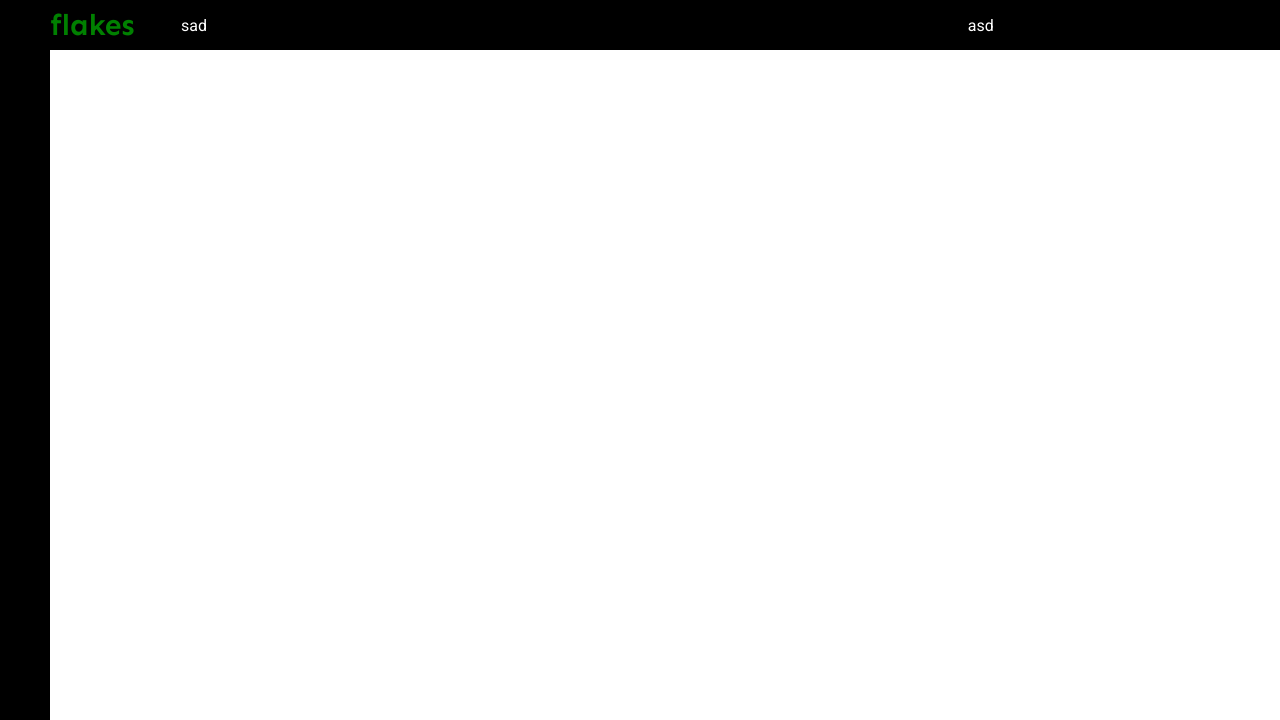
Repository: JulyK9/Movie-Website
Page: index.html
An editor plug-in stored every save of this project. The page is shown before and after the next save, followed by the edit.
The browser window is 1280 px wide. The pictures show the whole page.

Above is the page before, as saved 2022-07-03 00:46:12.

After the next save:
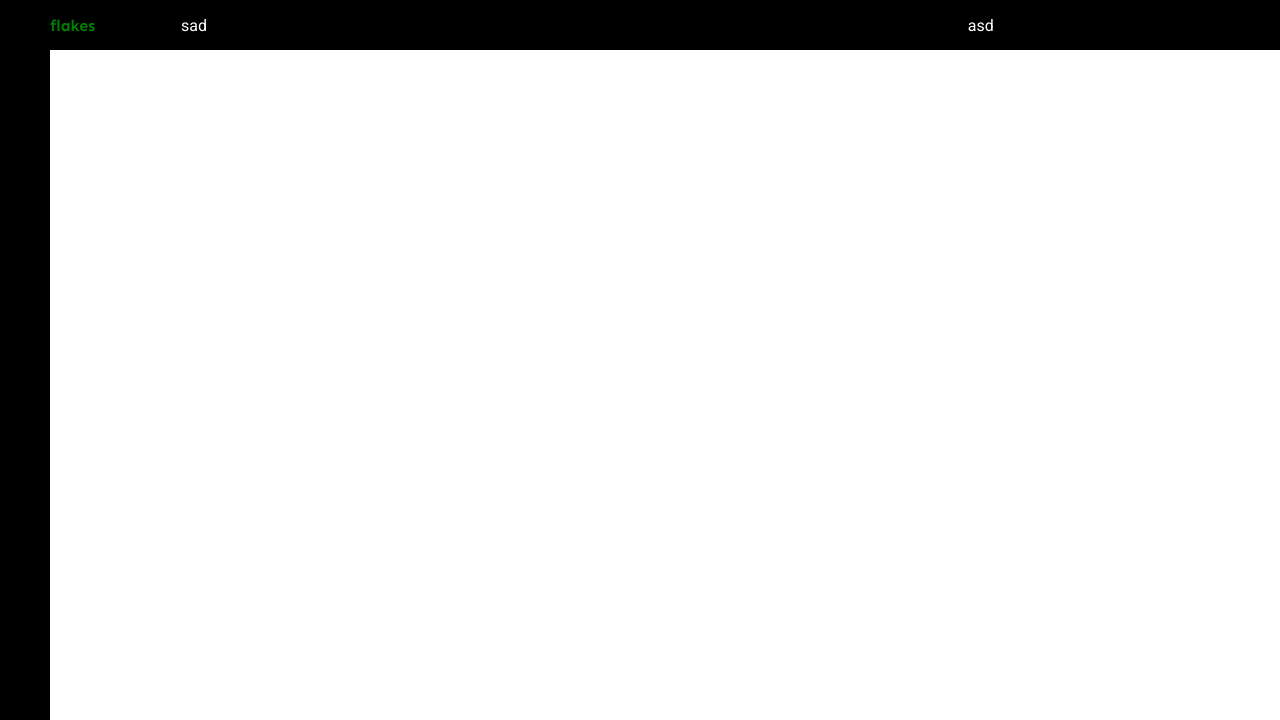
Saved 13 s later.
--- a/style.css
+++ b/style.css
@@ -28,7 +28,7 @@
 
 .logo {
     font-family: 'Sen', sans-serif;
-    font-size: 30px;
+    font-size: 1rem;
     color: green;
 }
 
